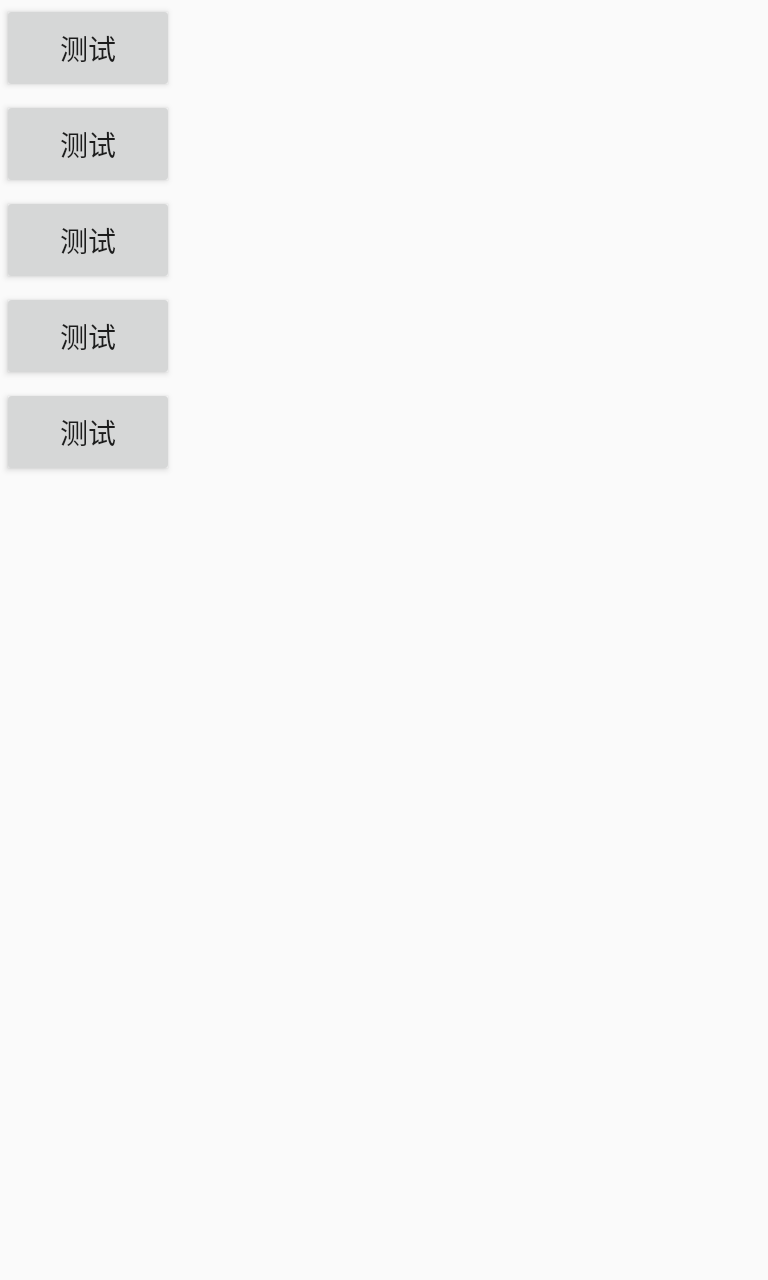
Repository: A207/guanjingjing
Layout: day4/LayoutApp/res/layout/ActivityGridLayout.xml
An editor plug-in stored every save of this project. The layout is shown before and after the next save, followed by the edit.
It is drawn on a 768 x 1280 px phone screen (xhdpi) without system bars, with theme AppTheme; the app's code is not run.

Above is the layout before, as saved 2015-07-09 11:09:28.

### day4/LayoutApp/res/layout/ActivityGridLayout.xml
<?xml version="1.0" encoding="UTF-8"?>
<GridLayout xmlns:android="http://schemas.android.com/apk/res/android"
    		android:layout_width="match_parent"
    		android:layout_height="match_parent"
    		android:orientation="vertical"
    		android:rowCount="8" >
    		<!-- android:columnCount="3" -->
    <Button
        android:layout_width="wrap_content"
        android:layout_height="wrap_content"
        android:text="测试" ></Button>
    <Button
        android:layout_width="wrap_content"
        android:layout_height="wrap_content"
        android:text="测试" ></Button>
    <Button
        android:layout_width="wrap_content"
        android:layout_height="wrap_content"
        android:text="测试" ></Button>
    <Button
        android:layout_width="wrap_content"
        android:layout_height="wrap_content"
        android:text="测试" ></Button>
    <Button
        android:layout_width="wrap_content"
        android:layout_height="wrap_content"
        android:text="测试" ></Button>

</GridLayout>

Loaded but not shown: day4/LayoutApp/res/values/styles.xml (common file); day4/LayoutApp/res/values-v11/styles.xml (common file); day4/LayoutApp/res/values-v14/styles.xml (common file)

After the next save:
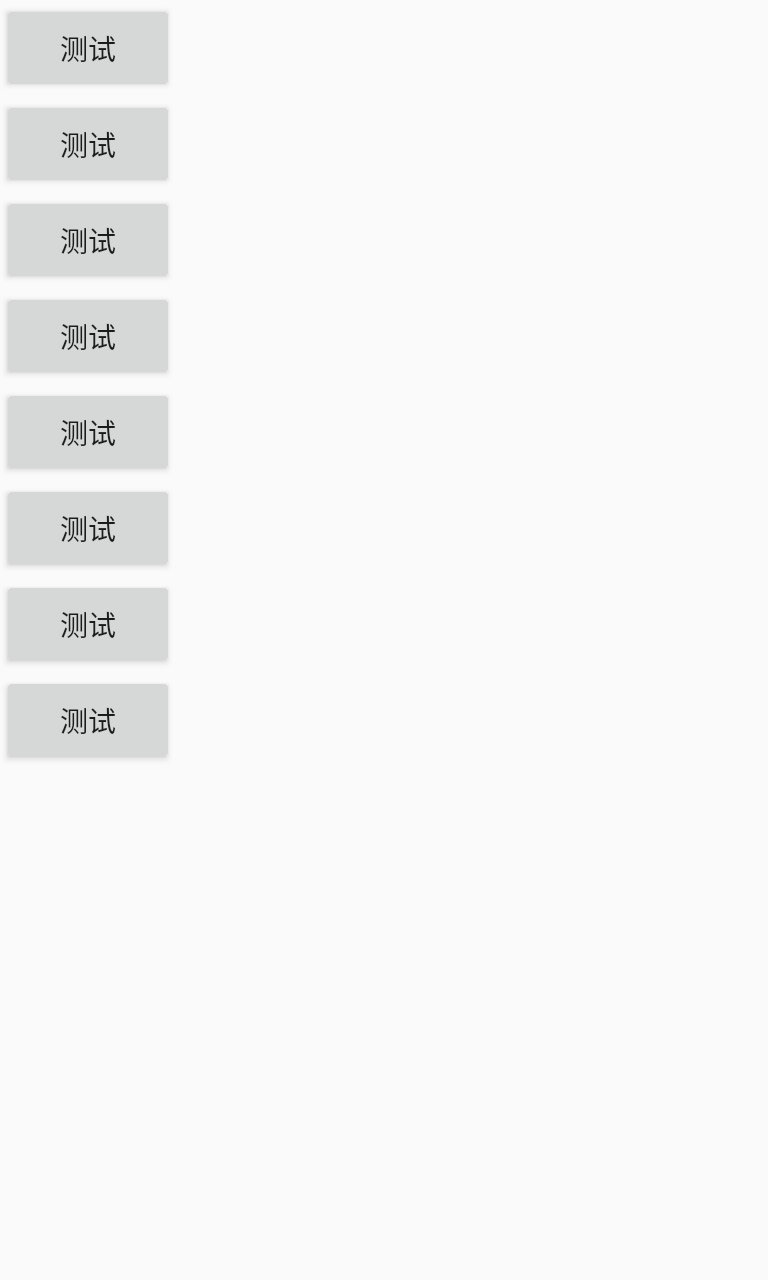
Saved 2 min 26 s later.
--- a/day4/LayoutApp/res/layout/ActivityGridLayout.xml
+++ b/day4/LayoutApp/res/layout/ActivityGridLayout.xml
@@ -25,5 +25,17 @@
         android:layout_width="wrap_content"
         android:layout_height="wrap_content"
         android:text="测试" ></Button>
+    <Button
+        android:layout_width="wrap_content"
+        android:layout_height="wrap_content"
+        android:text="测试" ></Button>
+    <Button
+        android:layout_width="wrap_content"
+        android:layout_height="wrap_content"
+        android:text="测试" ></Button>
+    <Button
+        android:layout_width="wrap_content"
+        android:layout_height="wrap_content"
+        android:text="测试" ></Button>
 
 </GridLayout>
